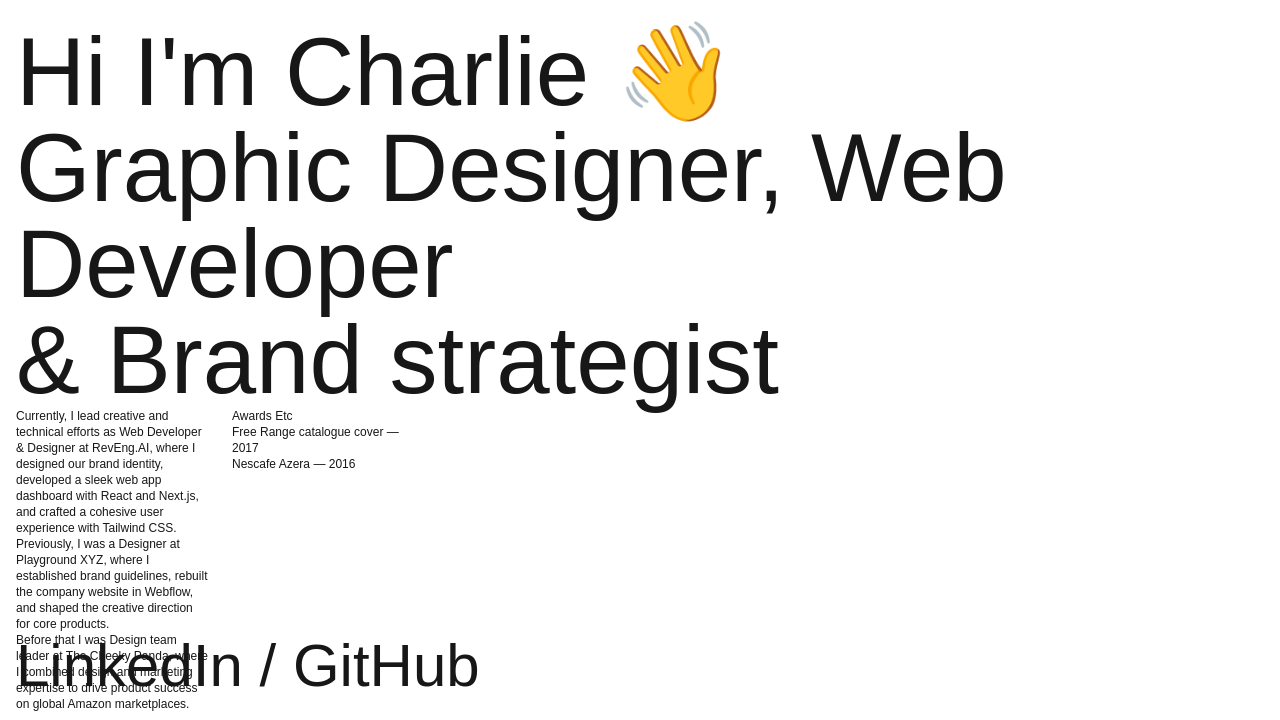
Repository: charlehs/portfolio
Page: /
The author's editor kept a copy of each file at every save. The page is drawn from the files as they stood at one save, then again after the next save.
The browser window is 1280 px wide. The pictures show the whole page.
The project was rebuilt for these pictures with package versions that can differ from the ones it lists, and the page was loaded fresh each time. The framework's server and built-in components were replaced by stand-ins that run in the browser. Also part of the build but not shown: next.config.ts.

Above is the page before, as saved 2025-01-02 18:51:49.

### app/layout.tsx
import type { Metadata } from "next";
import localFont from "next/font/local";
import Nav from "./components/Nav";
import "./globals.css";

const geistSans = localFont({
  src: "./fonts/GeistVF.woff",
  variable: "--font-geist-sans",
  weight: "100 900",
});
const geistMono = localFont({
  src: "./fonts/GeistMonoVF.woff",
  variable: "--font-geist-mono",
  weight: "100 900",
});

export const metadata: Metadata = {
  title: "Create Next App",
  description: "Generated by create next app",
};

export default function RootLayout({
  children,
}: Readonly<{
  children: React.ReactNode;
}>) {
  return (
    <html lang="en">
      <body
        className={`${geistSans.variable} ${geistMono.variable} antialiased`}
      >
        {/* <Nav /> */}
        {children}
      </body>
    </html>
  );
}

### app/page.tsx
import Image from "next/image";

export default function Home() {
  return (
    <div className="px-4 py-6 flex flex-col justify-between h-screen ">
      <main className=" flex flex-col h-[75%] justify-between">
        <div>
          <p className=" text-8xl">
            Hi I'm Charlie 👋
            <br />{" "}
            <span>
              Graphic Designer, Web Developer
              <br /> & Brand strategist
            </span>
          </p>
        </div>
        <div className="grid grid-cols-3  text-xs max-w-[50%] gap-6">
          <p>
            Currently, I lead creative and technical efforts as Web Developer &
            Designer at{" "}
            <span>
              <a href="https://reveng.ai">RevEng.AI</a>
            </span>
            , where I designed our brand identity, developed a sleek web app
            dashboard with React and Next.js, and crafted a cohesive user
            experience with Tailwind CSS. <br />
            Previously, I was a Designer at Playground XYZ, where I established
            brand guidelines, rebuilt the company website in Webflow, and shaped
            the creative direction for core products.
            <br />
            Before that I was Design team leader at The Cheeky Panda, where I
            combined design and marketing expertise to drive product success on
            global Amazon marketplaces.
          </p>
          <div>
            <h3>Awards Etc </h3>
            <a
              href={
                "https://trumanbrewery.com/files/rooms/3526/OTB_NEWS_1706_2.html"
              }
            >
              <p>Free Range catalogue cover — 2017</p>
            </a>
            <a
              href={
                "https://www.nescafe.com/gb/campaigns/azera-by-design-archive"
              }
            >
              <p>Nescafe Azera — 2016</p>
            </a>
          </div>
        </div>
      </main>
      <footer className=" ">
        <p className=" text-6xl">
          <a href="https://linkedin.com/in/charliedev" target={"_blank"}>
            LinkedIn
          </a>{" "}
          /{" "}
          <a href="https://github.com/charlehs" target={"_blank"}>
            GitHub
          </a>
        </p>
      </footer>
    </div>
  );
}

### app/globals.css
@tailwind base;
@tailwind components;
@tailwind utilities;

:root {
  --background: #ffffff;
  --foreground: #171717;
}

@media (prefers-color-scheme: dark) {
  :root {
    --background: #0a0a0a;
    --foreground: #ededed;
  }
}

body {
  color: var(--foreground);
  background: var(--background);
  font-family: Arial, Helvetica, sans-serif;
}

@font-face {
  font-family: "Harmond";
  src: url("/fonts/Harmond-SemiBoldCondensed.otf") format("opentype");
  font-weight: 600; /* Regular */
  font-style: normal;
}

@font-face {
  font-family: "Harmond";
  src: url("/fonts/Harmond-SemBdItaCond.otf") format("opentype");
  font-weight: 600; /* Bold */
  font-style: italic;
}
@font-face {
  font-family: "Harmond";
  src: url("/fonts/Harmond-ExtraBoldExpanded.otf") format("opentype");
  font-weight: 800; /* Bold */
  font-style: normal;
}

.harmond-text {
  font-family: "Harmond", sans-serif;
}

.extra-bold {
  font-family: "Harmond", sans-serif;
  font-weight: 800;
  font-style: normal;
}

Loaded but not shown: tailwind.config.ts (common file)

After the next save:
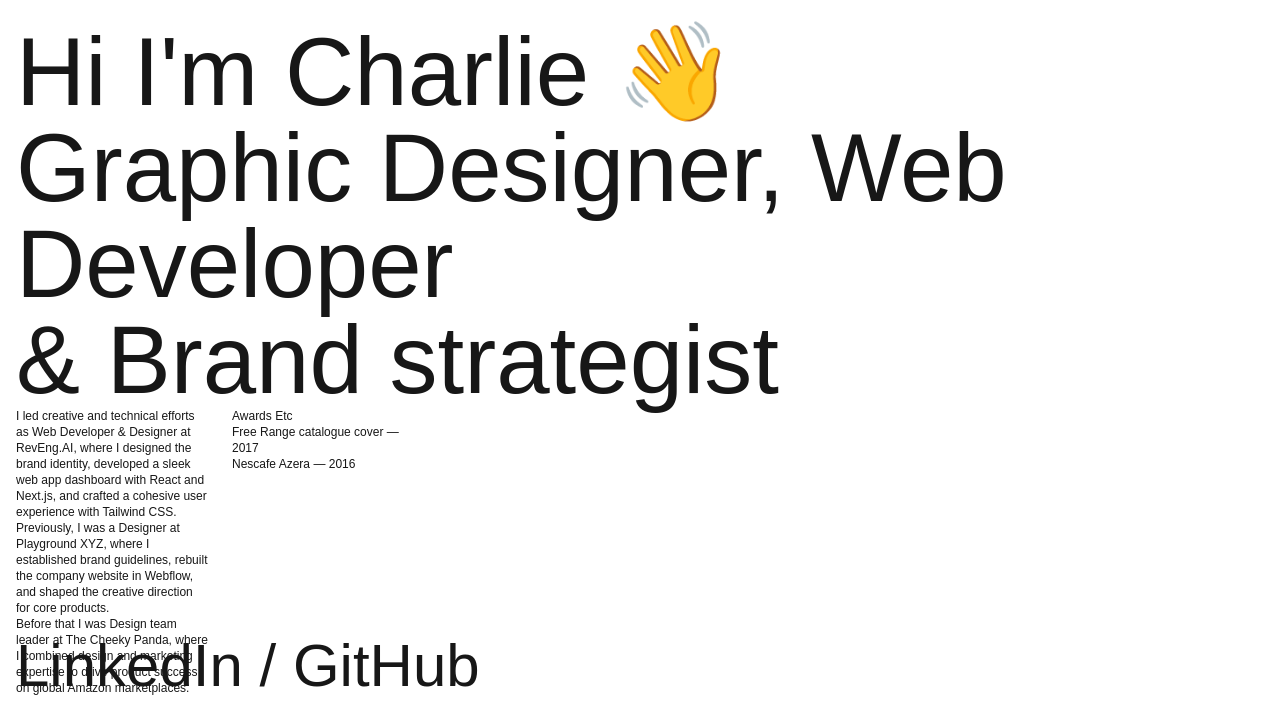
Saved 115 s later.
--- a/app/page.tsx
+++ b/app/page.tsx
@@ -16,12 +16,11 @@ export default function Home() {
         </div>
         <div className="grid grid-cols-3  text-xs max-w-[50%] gap-6">
           <p>
-            Currently, I lead creative and technical efforts as Web Developer &
-            Designer at{" "}
+            I led creative and technical efforts as Web Developer & Designer at{" "}
             <span>
               <a href="https://reveng.ai">RevEng.AI</a>
             </span>
-            , where I designed our brand identity, developed a sleek web app
+            , where I designed the brand identity, developed a sleek web app
             dashboard with React and Next.js, and crafted a cohesive user
             experience with Tailwind CSS. <br />
             Previously, I was a Designer at Playground XYZ, where I established
